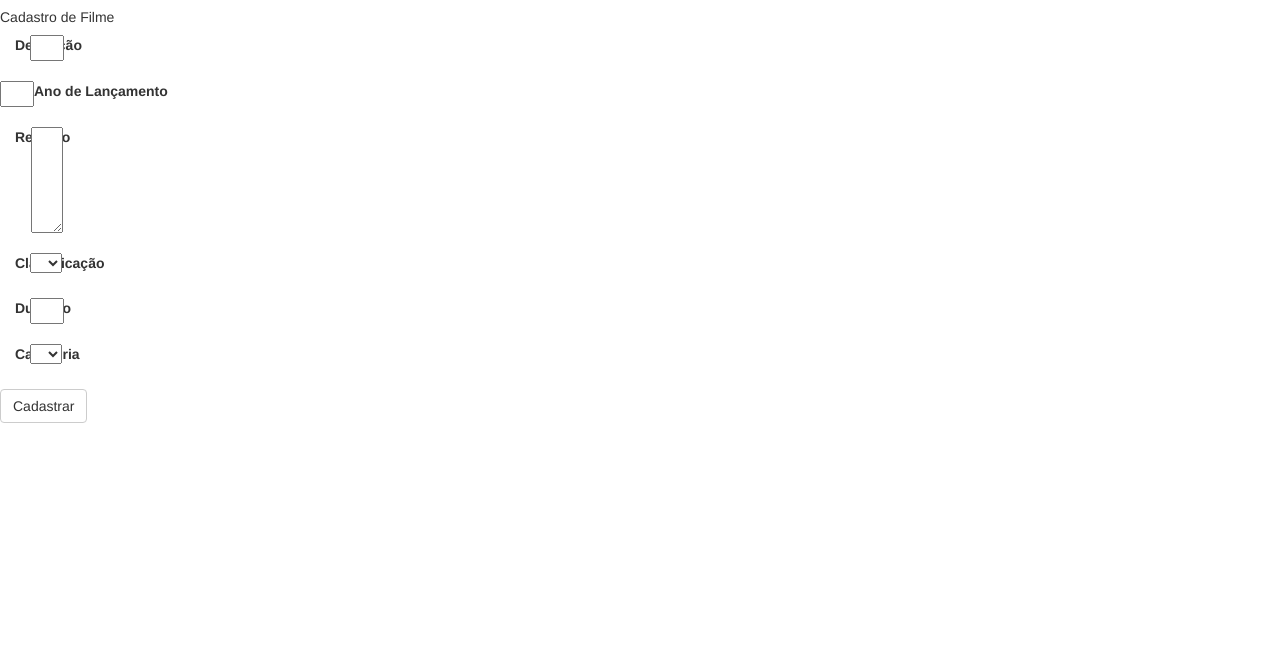
Repository: cadupedrassani/CursoDeJava
Page: Avaliação/BaseAPI/WebApp/src/main/webapp/filme/cadastro.html
An editor plug-in stored every save of this project. The page is shown before and after the next save, followed by the edit.
The browser window is 1280 px wide. The pictures show the whole page.

Above is the page before, as saved 2016-12-06 16:51:13.

### Avaliação/BaseAPI/WebApp/src/main/webapp/filme/cadastro.html
<!DOCTYPE html>
<html>
<head>
<meta charset="ISO-8859-1">
<title>Insert title here</title>
<link rel="stylesheet" href="/WebApp/resources/css/bootstrap.min.css">
</head>
<body>
<div>
	<h5>Cadastro de Filme</h5>
</div>
<div class="input-group">
	<label class="control-label col-sm-1">Descrição</label>
	<input id="descricao-filme"
	       type="text"
	       class="control-label col-sm-1"></input>
</div>
</br>

<div class="input-group">
	<label>Ano de Lançamento</label>
	<input id="ano-filme"
	       type="text"
	       class="control-label col-sm-1"></input>
</div>
</br>

<div class="input-group">
	<label class="control-label col-sm-1">Resumo</label>
	<textarea rows="5"
			  cols="30"
			  id="resumo-filme"
	       	  class="control-label col-sm-1"></textarea>
</div>
</br>

<div class="input-group">
	<label class="control-label col-sm-1">Classificação</label>
		<select id="classificacao-filme" class="control-label col-sm-1">
    		<option value="" disabled="disabled" selected="selected">Selecione...</option>
    		<option value="1">1</option>
    		<option value="2">2</option>
    		<option value="3">3</option>
    		<option value="4">4</option>
    		<option value="5">5</option>
		</select>
</div>
</br>

<div class="input-group">
	<label class="control-label col-sm-1">Duração</label>
	<input id="duracao-filme"
	       type="text"
	       class="control-label col-sm-1"></input>
</div>
</br>

<div class="input-group">
	<label class="control-label col-sm-1">Categoria</label>
	<select id="categoria-filme" class="control-label col-sm-1"></select>
</div>
</br>

<div class="input-group">
	<button id="cadastrar"
	        type="button"
	        class="btn btn-default gold"
	        class="control-label col-sm-1"
	        onclick="cadastrarFilme();">Cadastrar</button>
</div>

<div id="modal-mensagens" class="modal fade" tabindex="-1" role="dialog">
	<div class="modal-dialog" role="document">
		<div class="modal-content">
			<div class="modal-header">
				<h5 id="modal-title" class="modal-title"></h5>
			</div>
			<div class="modal-body">
				<label id="modal-mensagem"></label>
			</div>
			<div class="modal-footer">
				<button type="button"
						class="btn btn-default gold"
						data-dismiss="modal">OK</button>
			</div>
		</div>
	</div>
</div>

<script src="/WebApp/resources/js/jquery.min.js"></script>
<script src="/WebApp/resources/js/bootstrap.min.js"></script>
<script src="/WebApp/resources/js/default.js"></script>
<script src="/WebApp/resources/js/filme.js"></script>

</body>
</html>

### Avaliação/BaseAPI/WebApp/src/main/webapp/resources/js/default.js

function abrirTelaCadastroCategoria(){
	var url = "/WebApp/categoria/cadastro.html";
	$.get(url, '', function(data){
		$('#conteudo-principal').html(data);
	})
}

function abrirTelaPesquisaCategoria(){
	var url = "/WebApp/categoria/pesquisa.html";
	$.get(url, '', function(data){
		$('#conteudo-principal').html(data)
	})
}


function abrirTelaCadastroEndereco(){
	var url = "/WebApp/endereco/cadastro.html";
	$.get(url, '', function(data){
		$('#conteudo-principal').html(data);
	})
}

function abrirTelaCadastroFilme(){
	var url = "/WebApp/filme/cadastro.html";
	$.get(url, '', function(data){
		$('#conteudo-principal').html(data);
	})
}

### Avaliação/BaseAPI/WebApp/src/main/webapp/resources/js/filme.js
function cadastrarFilme(){

	var ano = $("#ano-filme").val();
	var classificacao = $("#classificacao-filme").val();
	var descricao = $("#descricao-filme").val();
	var duracao = $("#duracao-filme").val;
	var resumo = $("#resumo-filme").val();

	var filmeDTO = new Object();
	var operacao = "/ControleAPI/filme/criarFilme"

	filmeDTO.ano = ano;
	filmeDTO.classificacao = classificacao;
	filmeDTO.descricao = descricao;
	filmeDTO.duracao = duracao;
	filmeDTO.resumo = resumo;

	$.ajax({
		method: "POST",
		url: operacao,
		data: JSON.stringify(filmeDTO),
		contentType: "application/json"
	}).done(function (data){
		var mensagem = "";
		var titulo = "";
		if(data.mensagem != undefined && data.mensagem != null && data.mensagem != ''){
			titulo = "Atenção";
			mensagem = data.mensagem;
		}else{
			titulo = 'Sucesso';
			mensagem = "Filme cadastrado com sucesso.";
		}
		mostrarModal(titulo, mensagem)
	});
}

Loaded but not shown: Avaliação/BaseAPI/WebApp/src/main/webapp/resources/css/bootstrap.min.css (library); Avaliação/BaseAPI/WebApp/src/main/webapp/resources/js/jquery.min.js (library); Avaliação/BaseAPI/WebApp/src/main/webapp/resources/js/bootstrap.min.js (library)

After the next save:
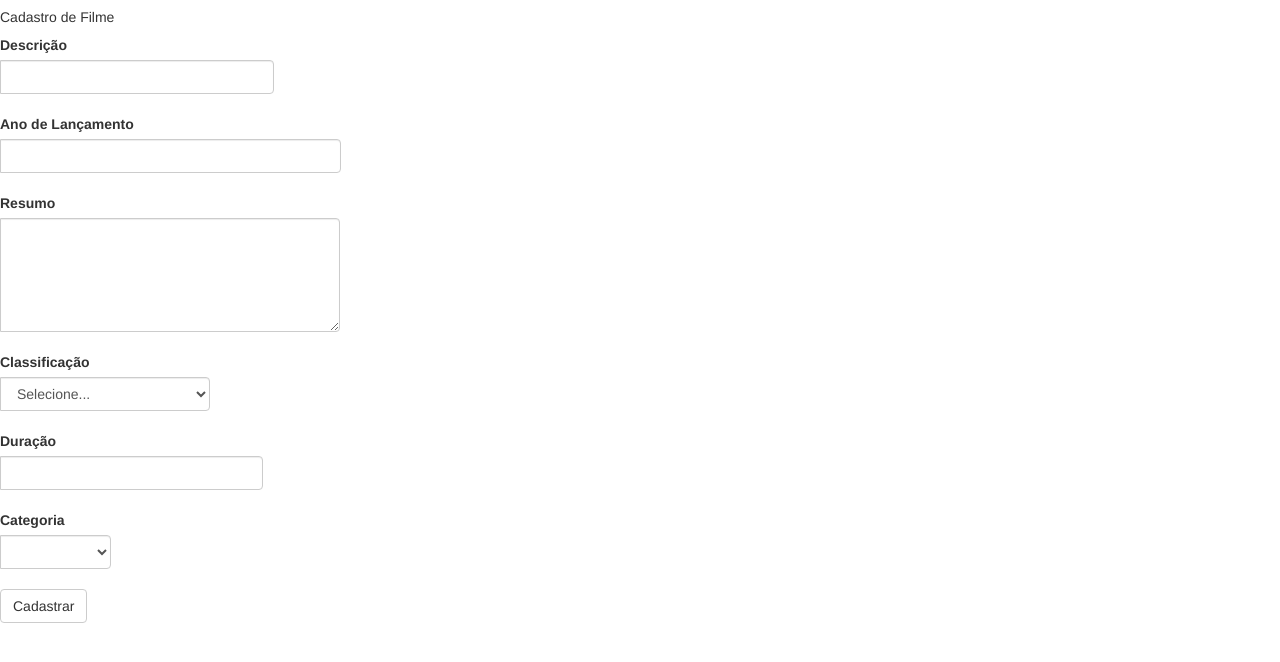
Saved 47 s later.
--- a/Avaliação/BaseAPI/WebApp/src/main/webapp/filme/cadastro.html
+++ b/Avaliação/BaseAPI/WebApp/src/main/webapp/filme/cadastro.html
@@ -10,10 +10,10 @@
 	<h5>Cadastro de Filme</h5>
 </div>
 <div class="input-group">
-	<label class="control-label col-sm-1">Descrição</label>
+	<label>Descrição</label>
 	<input id="descricao-filme"
 	       type="text"
-	       class="control-label col-sm-1"></input>
+	       class="form-control"></input>
 </div>
 </br>
 
@@ -21,22 +21,22 @@
 	<label>Ano de Lançamento</label>
 	<input id="ano-filme"
 	       type="text"
-	       class="control-label col-sm-1"></input>
+	       class="form-control"></input>
 </div>
 </br>
 
 <div class="input-group">
-	<label class="control-label col-sm-1">Resumo</label>
+	<label>Resumo</label>
 	<textarea rows="5"
 			  cols="30"
 			  id="resumo-filme"
-	       	  class="control-label col-sm-1"></textarea>
+	       	  class="form-control"></textarea>
 </div>
 </br>
 
 <div class="input-group">
-	<label class="control-label col-sm-1">Classificação</label>
-		<select id="classificacao-filme" class="control-label col-sm-1">
+	<label>Classificação</label>
+		<select id="classificacao-filme" class="form-control">
     		<option value="" disabled="disabled" selected="selected">Selecione...</option>
     		<option value="1">1</option>
     		<option value="2">2</option>
@@ -48,16 +48,16 @@
 </br>
 
 <div class="input-group">
-	<label class="control-label col-sm-1">Duração</label>
+	<label>Duração</label>
 	<input id="duracao-filme"
 	       type="text"
-	       class="control-label col-sm-1"></input>
+	       class="form-control"></input>
 </div>
 </br>
 
 <div class="input-group">
-	<label class="control-label col-sm-1">Categoria</label>
-	<select id="categoria-filme" class="control-label col-sm-1"></select>
+	<label>Categoria</label>
+	<select id="categoria-filme" class="form-control"></select>
 </div>
 </br>
 
@@ -65,7 +65,6 @@
 	<button id="cadastrar"
 	        type="button"
 	        class="btn btn-default gold"
-	        class="control-label col-sm-1"
 	        onclick="cadastrarFilme();">Cadastrar</button>
 </div>
 
